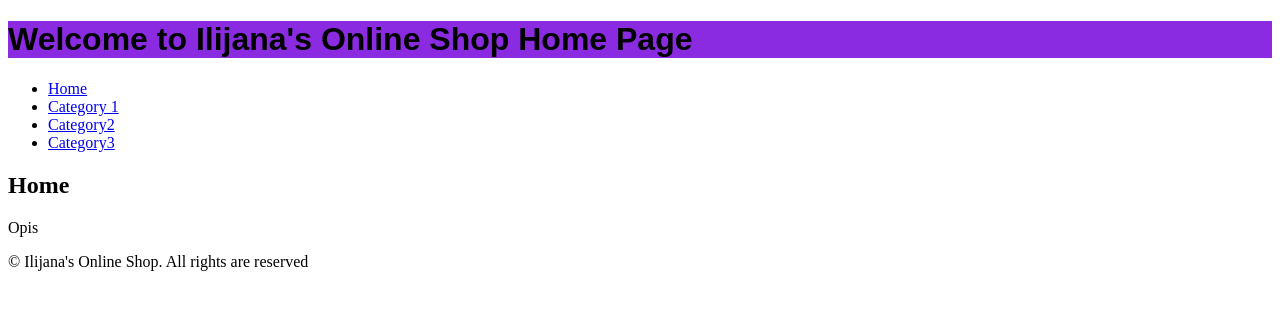
Repository: ilijana123/Proekt1
Page: html.html
The author's editor kept a copy of each file at every save. The page is drawn from the files as they stood at one save, then again after the next save.
The browser window is 1280 px wide. The pictures show the whole page.

Above is the page before, as saved 2023-11-12 21:32:16.

### html.html
<!DOCTYPE html>
<html>
    <head>
    <meta charset="utf-8">
    <title>Online shop</title>
    <link rel="stylesheet" type="text/css" href="1.css">
    <script src="script.js"></script>
    </head>
    <body>
    <header>
       <h1>Welcome to Ilijana's Online Shop  Home Page</h1>
    </header>
       <nav>
            <ul>
                <li><a href="#home">Home</a></li>
                <li><a href="#category1">Category 1</a></li>
                <li><a href="#category2">Category2</a></li>
                <li><a href="#category3">Category3</a></li>
            </ul>
       </nav>
       <section id="home">
            <h2>Home</h2>
            <p>Opis</p>
       </section>
       <footer> &copy; Ilijana's Online Shop. All rights are reserved</footer>
    </body>
</html>

### 1.css
h1 {font-family: fantasy;}
header {background-image: "background.jpg";
       background-color: blueviolet;}

Loaded but not shown: script.js (no stored copy; drawn as an empty file)

After the next save:
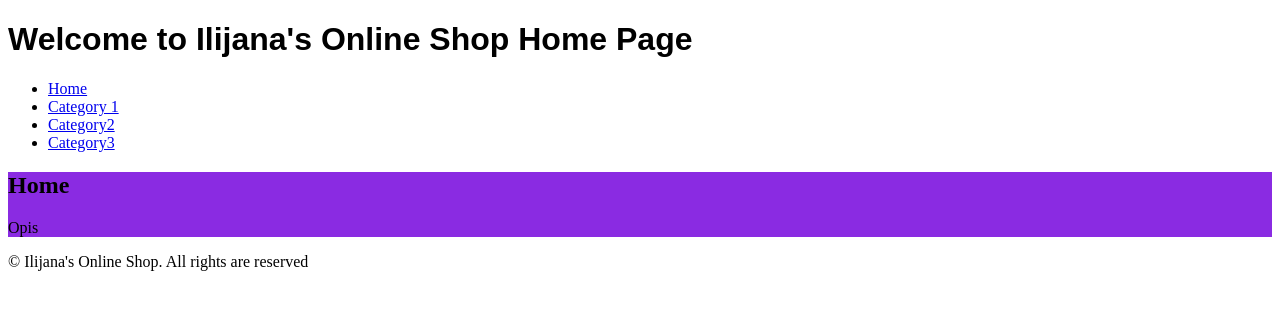
Saved 20 s later.
--- a/1.css
+++ b/1.css
@@ -1,3 +1,3 @@
 h1 {font-family: fantasy;}
-header {background-image: "background.jpg";
+#home {background-image: "background.jpg";
        background-color: blueviolet;}
